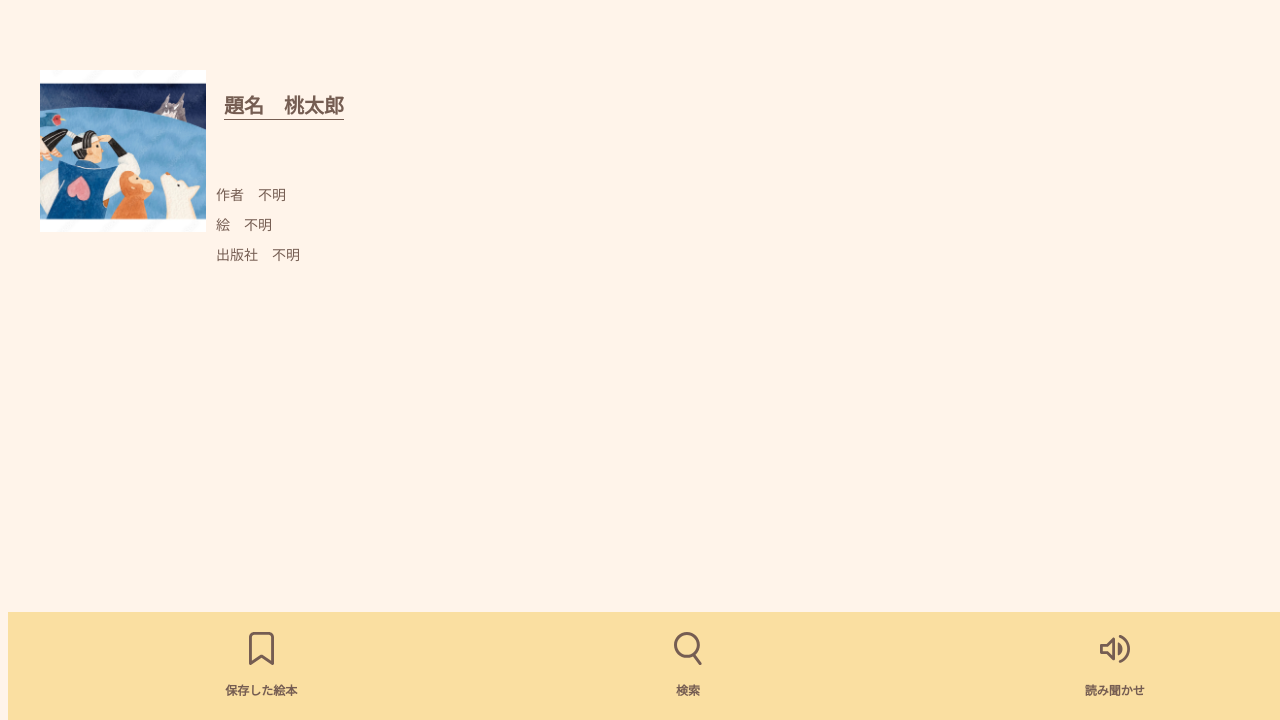
Repository: kmii12/2024-teampj
Page: /result/resultDetail/1
The author's editor kept a copy of each file at every save. The page is drawn from the files as they stood at one save, then again after the next save.
The browser window is 1280 px wide. The pictures show the whole page.
The project was rebuilt for these pictures with package versions that can differ from the ones it lists, and the page was loaded fresh each time. The framework's server and built-in components were replaced by stand-ins that run in the browser. Also part of the build but not shown: next.config.mjs.

Above is the page before, as saved 2024-10-29 23:34:06.

### src/app/result/resultDetail/[id]/page.tsx
"use client";

import { useParams } from "next/navigation";
import { useEffect, useState } from "react";
import detailStyles from "./ResultDetail.module.scss";
import styles from "../../Result.module.scss";

interface ResultData {
  id: number;
  title: string;
  writer: string;
  illustrator: string;
  image: string;
  livingThing: string[];
  mainCharacter: string;
  character: string[];
  genre: string;
  location: string;
  hue: string;
  atmosphere: string[];
  season: string;
}

const ResultDetail: React.FC = () => {
  const { id } = useParams(); // URLから動的なIDを取得

  const [resultDetails, setResultDetails] = useState<ResultData | null>(null); // 本のデータを保存するstate

  // ダミーデータ（あとからfirebaseから取得）
  const ResultDatas: ResultData[] = [
    {
      id: 1,
      title: "桃太郎",
      writer: "不明",
      illustrator: "不明",
      image: "/img/momotaro.jpeg",
      livingThing: ["人間", "陸の生き物", "空の生き物"],
      mainCharacter: "桃太郎",
      character: [
        "桃太郎",
        "犬",
        "猿",
        "キジ",
        "鬼",
        "おじいさん",
        "おばあさん",
      ],
      genre: "昔話",
      location: "日本",
      hue: "不明",
      atmosphere: "",
      season: "不明",
    },
    {
      id: 2,
      title: "赤ずきん",
      writer: "不明",
      illustrator: "不明",
      image: "/img/littleRedRidingHood.jpeg",
      livingThing: ["人間", "陸の生き物", "空の生き物"],
      mainCharacter: "赤ずきん",
      character: ["赤ずきん", "おばあさん", "オオカミ"],
      hue: "不明",
      atmosphere: ["かわいい", "怖い"],
      genre: "昔話",
      location: "海外",
      season: "不明",
    },
    {
      id: 3,
      title: "シンデレラ",
      writer: "不明",
      illustrator: "不明",
      image: "/img/cinderella.jpeg",
      livingThing: "人間",
      mainCharacter: "シンデレラ",
      character: ["シンデレラ", "王子", "魔法使い"],
      genre: "昔話",
      location: "海外",
      hue: "不明",
      atmosphere: "",
      season: "不明",
    },
    {
      id: 4,
      title: "白雪姫",
      writer: "不明",
      illustrator: "不明",
      image: "/img/snowWhite.jpeg",
      livingThing: ["人間", "陸の生き物"],
      mainCharacter: "白雪姫",
      character: ["白雪姫", "王子", "魔女", "小人"],
      genre: "昔話",
      location: "海外",
      hue: "不明",
      atmosphere: "",
      season: "不明",
    },
    {
      id: 5,
      title: "アラジンと魔法のランプ",
      writer: "不明",
      illustrator: "不明",
      image: "/img/aladdin.jpeg",
      livingThing: ["人間", "陸の生き物"],
      mainCharacter: "アラジン",
      character: ["アラジン", "ジーニー", "王女", "魔法使い", "盗賊"],
      genre: "昔話",
      location: "海外",
      hue: "不明",
      atmosphere: "",
      season: "不明",
    },
  ];

  useEffect(() => {
    // idがまだundefinedの状態では処理しないようにする
    if (id) {
      const numericId = parseInt(id, 10); // idを数値に変換
      const foundDetail = ResultDatas.find((item) => item.id === numericId); // idでデータを検索
      setResultDetails(foundDetail || null); // 見つからなかった場合はnullを設定
    }
  }, [id]);

  if (!resultDetails) {
    return <p>Loading...</p>;
  }

  return (
    <>
      <div className={styles.resultContainer}>
        <div className={detailStyles.detailTtlWrap}>
          <div className={detailStyles.itemImageWrap}>
            <img
              src={resultDetails.image}
              alt={resultDetails.title}
              className={detailStyles.image}
            />
          </div>
          <div className={detailStyles.itemDescriptionWrap}>
            <h3 className="title">題名　{resultDetails.title}</h3>
            <div className={detailStyles.fixedBottom}>
              <p className="writer">作者　{resultDetails.writer}</p>
              <p className="illustrator">絵　{resultDetails.illustrator}</p>
              <p className="">出版社　{resultDetails.illustrator}</p>
            </div>
          </div>
        </div>
      </div>
    </>
  );
};

export default ResultDetail;

### src/app/globals.css
html {
  font-size: 62.5%;
}

body {
  font-family: "Zen Maru Gothic", serif;
  background-color: #fff4ea;
}

a {
  color: inherit;
  text-decoration: none;
}

li {
  list-style-type: none;
}

### src/app/components/Footer.tsx
"use client";

import Link from "next/link";
import styles from "./Footer.module.scss";
import { usePathname } from "next/navigation";

export default function Footer() {
  const pathname = usePathname();

  return (
    <footer className={styles.footer}>
      <nav>
        <ul>
          <li>
            <Link
              href="/saved"
              className={pathname === "/saved" ? styles.active : ""}
            >
              <svg
                xmlns="http://www.w3.org/2000/svg"
                width="40"
                height="40"
                viewBox="0 0 40 40"
                fill="none"
              >
                <path
                  d="M31.5577 36C31.2643 35.9944 30.9782 35.9096 30.7308 35.7549L20.5 28.7589L10.2692 35.7549C10.0433 35.8898 9.78379 35.9611 9.51923 35.9611C9.25467 35.9611 8.99521 35.8898 8.76923 35.7549C8.54791 35.643 8.3604 35.4762 8.22542 35.271C8.09043 35.0658 8.01271 34.8295 8 34.5857V8.18571C8 6.81038 8.55718 5.49137 9.54895 4.51886C10.5407 3.54635 11.8859 3 13.2885 3H27.7115C29.1141 3 30.4593 3.54635 31.451 4.51886C32.4428 5.49137 33 6.81038 33 8.18571V34.5857C33.001 34.8425 32.9297 35.0945 32.7939 35.3141C32.6582 35.5337 32.4633 35.7123 32.2308 35.8303C32.0245 35.9413 31.793 35.9996 31.5577 36ZM20.5 25.6286C20.7947 25.6255 21.0833 25.7111 21.3269 25.8737L30.1154 31.8703V8.18571C30.1154 7.56056 29.8621 6.96101 29.4113 6.51896C28.9605 6.07691 28.3491 5.82857 27.7115 5.82857H13.2885C12.6509 5.82857 12.0395 6.07691 11.5887 6.51896C11.1379 6.96101 10.8846 7.56056 10.8846 8.18571V31.8703L19.6731 25.8737C19.9167 25.7111 20.2053 25.6255 20.5 25.6286Z"
                  fill={pathname === "/saved" ? "#c96868" : "#755D52"}
                />
              </svg>
              <p
                style={{
                  color: pathname === "/saved" ? "#c96868" : "#755D52",
                }}
              >
                保存した絵本
              </p>
            </Link>
          </li>
          <li>
            <Link href="/" className={pathname === "/" ? styles.active : ""}>
              <svg
                xmlns="http://www.w3.org/2000/svg"
                width="40"
                height="40"
                viewBox="0 0 40 40"
                fill="none"
              >
                <path
                  fillRule="evenodd"
                  clipRule="evenodd"
                  d="M18.9346 25.8692C24.4214 25.8692 28.8692 21.4214 28.8692 15.9346C28.8692 10.4479 24.4214 6 18.9346 6C13.4479 6 9 10.4479 9 15.9346C9 21.4214 13.4479 25.8692 18.9346 25.8692ZM18.9346 28.8692C26.0782 28.8692 31.8692 23.0782 31.8692 15.9346C31.8692 8.79103 26.0782 3 18.9346 3C11.791 3 6 8.79103 6 15.9346C6 23.0782 11.791 28.8692 18.9346 28.8692Z"
                  fill={pathname === "/" ? "#c96868" : "#755D52"}
                />
                <path
                  fillRule="evenodd"
                  clipRule="evenodd"
                  d="M33.0447 35.7533C32.3807 36.2486 31.4408 36.1119 30.9455 35.4479L25.0052 27.4848C24.5099 26.8208 24.6466 25.881 25.3106 25.3856C25.9746 24.8903 26.9145 25.027 27.4098 25.691L33.3501 33.6541C33.8455 34.3181 33.7087 35.2579 33.0447 35.7533Z"
                  fill={pathname === "/" ? "#c96868" : "#755D52"}
                />
              </svg>
              <p
                style={{
                  color: pathname === "/" ? "#c96868" : "#755D52",
                }}
              >
                検索
              </p>
            </Link>
          </li>
          <li>
            <Link
              href="/read"
              className={pathname === "/read" ? styles.active : ""}
            >
              <svg
                xmlns="http://www.w3.org/2000/svg"
                width="40"
                height="40"
                viewBox="0 0 40 40"
                fill="none"
              >
                <path
                  d="M32.2221 19.8994C32.2221 17.3902 31.5324 15.124 30.1529 13.1006C28.7732 11.0776 26.9538 9.59382 24.6946 8.64937C24.3335 8.49187 24.0742 8.24423 23.9167 7.90646C23.7592 7.5684 23.7499 7.22812 23.8888 6.88562C24.0371 6.51507 24.2987 6.25576 24.6737 6.10771C25.0487 5.95965 25.4307 5.96424 25.8196 6.12146C28.5879 7.27896 30.8101 9.10076 32.4862 11.5869C34.1621 14.073 35 16.8438 35 19.8994C35 22.9549 34.1621 25.7258 32.4862 28.2119C30.8101 30.698 28.5879 32.5198 25.8196 33.6773C25.4307 33.8345 25.0487 33.8391 24.6737 33.691C24.2987 33.543 24.0371 33.2837 23.8888 32.9131C23.7499 32.5706 23.7592 32.2303 23.9167 31.8923C24.0742 31.5545 24.3335 31.3069 24.6946 31.1494C26.9538 30.2049 28.7732 28.7212 30.1529 26.6981C31.5324 24.6748 32.2221 22.4085 32.2221 19.8994ZM11.6667 24.941H6.38875C5.99069 24.941 5.65972 24.8091 5.39583 24.5452C5.13194 24.2813 5 23.9503 5 23.5523V16.3298C5 15.9317 5.13194 15.6008 5.39583 15.3369C5.65972 15.073 5.99069 14.941 6.38875 14.941H11.6667L17.6388 8.96896C18.074 8.53368 18.5764 8.4341 19.1458 8.67021C19.7153 8.90632 20 9.33451 20 9.95479V29.9273C20 30.5476 19.7153 30.9758 19.1458 31.2119C18.5764 31.448 18.074 31.3484 17.6388 30.9131L11.6667 24.941ZM27.5 19.941C27.5 21.293 27.1713 22.5315 26.5138 23.6565C25.8565 24.7815 24.9492 25.6587 23.7917 26.2881C23.5508 26.4178 23.3217 26.4109 23.1042 26.2673C22.8867 26.124 22.7779 25.9226 22.7779 25.6631V14.1631C22.7779 13.904 22.8867 13.7026 23.1042 13.559C23.3217 13.4156 23.5508 13.4087 23.7917 13.5381C24.9492 14.177 25.8565 15.0706 26.5138 16.219C27.1713 17.367 27.5 18.6077 27.5 19.941ZM17.2221 13.5244L12.8887 17.719H7.77792V22.1631H12.8887L17.2221 26.3856V13.5244Z"
                  fill={pathname === "/read" ? "#c96868" : "#755D52"}
                />
              </svg>
              <p
                style={{
                  color: pathname === "/read" ? "#c96868" : "#755D52",
                }}
              >
                読み聞かせ
              </p>
            </Link>
          </li>
        </ul>
      </nav>
    </footer>
  );
}

### src/app/result/resultDetail/[id]/ResultDetail.module.scss
@import "../../../styles/variables.scss";

.detailTtlWrap {
  padding: 26px 14px;
  margin: 18px;
  width: 360px;
  height: 188px;
  position: relative;
  //Flexで画像と説明を横並びにするためのWrap
  display: flex;
  gap: 18px;
  .itemImageWrap {
    width: 170px;
    height: 162px;
    display: flex;
    // align-items: center;
    // justify-content: center;

    .image {
      width: 100%;
      height: auto;

      object-fit: cover;
    }
  }

  .itemDescriptionWrap {
    width: 180px;
    .fixedBottom {
      position: absolute;
      bottom: 10px;
      left: 190px;
      p {
        font-size: 1.4rem;
        margin: 10px 0;
      }
    }
  }
}

### src/app/result/Result.module.scss
@import "../styles/variables.scss";

.resultContainer {
  color: $text;
  margin: 44px 0 120px 0; //resultPage全ての上下の余白
  // border: 1px solid #000;

  h2 {
    //検索結果
    position: relative;
    text-align: center;
    font-size: 1.4em;
    margin-bottom: 30px;
    &::before,
    &::after {
      content: "";
      position: absolute;
      top: 50%;
      width: 35%;
      height: 1.5px;
      background-color: #b9a6a6;
    }
    &::before {
      left: 0;
    }
    &::after {
      right: 0;
    }
  }
  h3 {
    //本の題名
    font-size: 2em;
    border-bottom: 1.5px solid $text;
    width: fit-content;
  }

  .resultItem {
    //li
    padding: 26px 14px;
    margin: 18px;
    width: 360px;
    height: 188px;
    background-color: #fff; //一旦
    border-radius: 15px;
    box-shadow: 0px 2px 2px rgba($color: #000000, $alpha: 0.25);
    position: relative;

    .resultItemWrap {
      //Flexで画像と説明を横並びにするためのWrap
      display: flex;
      gap: 18px;
    }
    .itemImageWrap {
      width: 135px;
      height: 135px;
      display: flex;
      // align-items: center;
      // justify-content: center;

      .image {
        width: 100%;
        height: auto;

        object-fit: cover;
      }
    }
    .itemDescriptionWrap {
      width: 180px;
      .fixedBottom {
        position: absolute;
        bottom: 25px;
        left: 170px;
      }
    }
  }
}

### src/app/components/Footer.module.scss
@import "../styles/variables.scss";

.footer {
  width: 100%;
  height: 14dvh;
  padding-top: 1dvh;
  background-color: $main;
  position: fixed;
  bottom: 0;
  nav {
    width: inherit;
    height: inherit;
    ul {
      width: inherit;
      height: auto;
      display: flex;
      justify-content: space-around;
      align-items: center;
      li {
        width: calc(100% / 3);
        a {
          display: flex;
          flex-direction: column;
          justify-content: center;
          align-items: center;
          p {
            font-weight: 700;
            font-size: 1.2rem;
          }
        }
      }
    }
  }
}

### src/app/styles/variables.scss
// sassでカラーを使用するとき用

// 使用するファイルで最初に下記を記述
// コンポーネント用 → @import "../styles/variables.scss";
// ページ用 → @import "./styles/variables.scss";

$base: #fff4ea;
$main: #fadfa1;
$sub: #c96868;
$accent: #7eacb5;
$text: #755d52;
$main_pale: #fbe8bb;

Loaded but not shown: src/app/layout.tsx (common file)

After the next save:
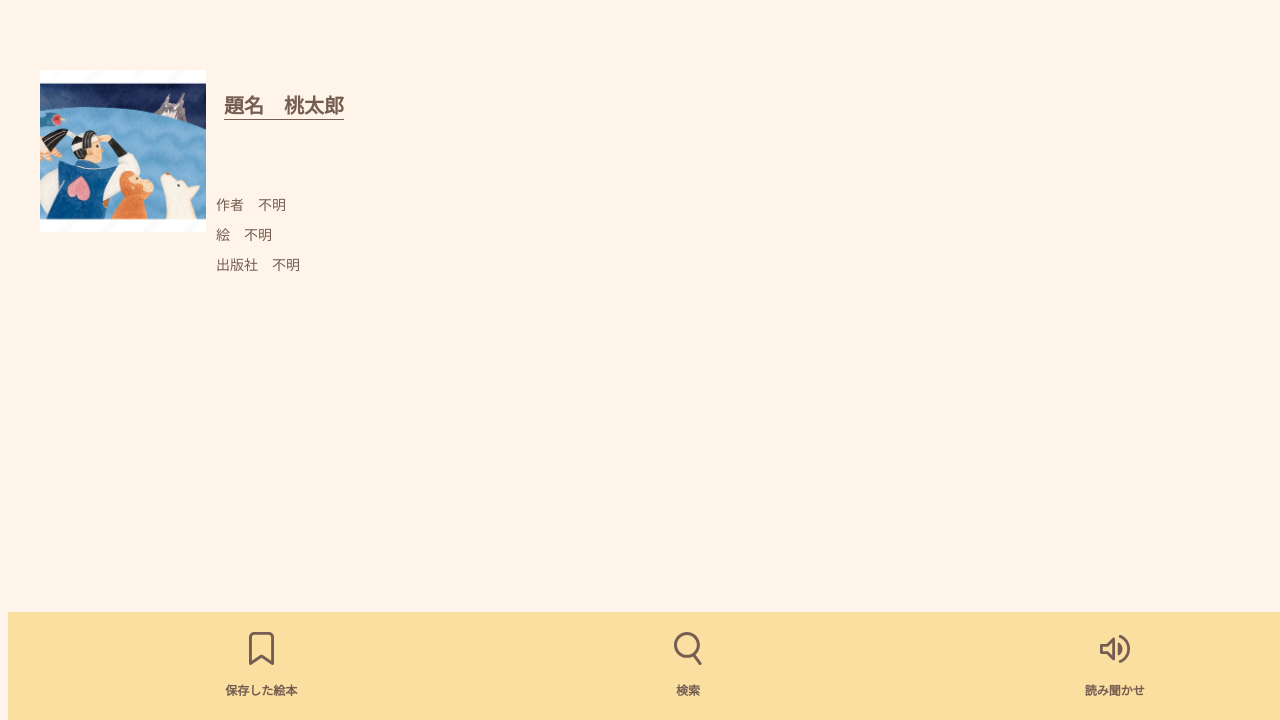
Saved 4 s later.
--- a/src/app/result/resultDetail/[id]/ResultDetail.module.scss
+++ b/src/app/result/resultDetail/[id]/ResultDetail.module.scss
@@ -28,7 +28,7 @@
     width: 180px;
     .fixedBottom {
       position: absolute;
-      bottom: 10px;
+      bottom: 0px;
       left: 190px;
       p {
         font-size: 1.4rem;
